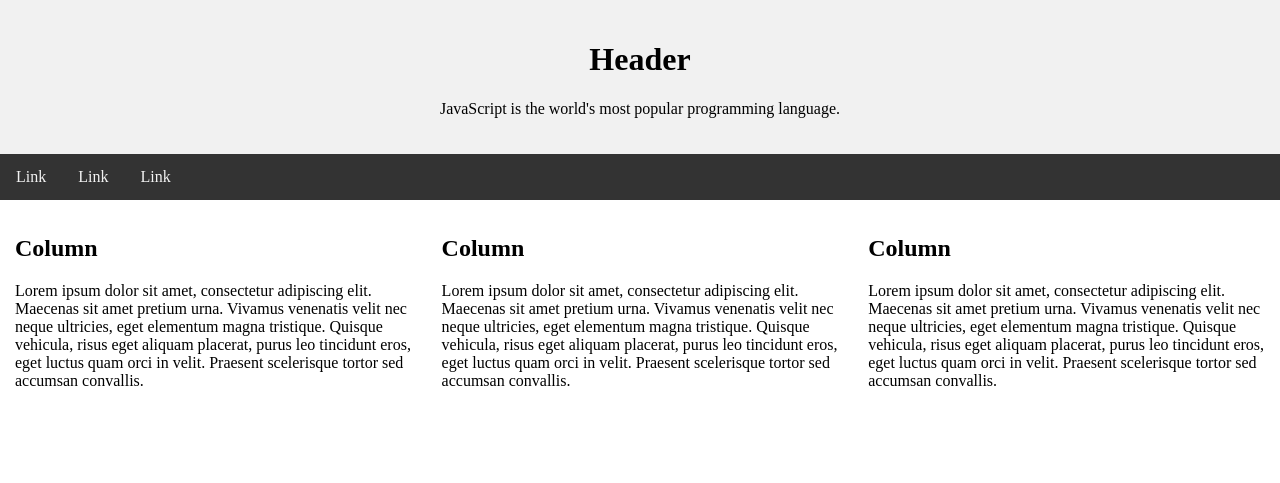
Repository: skybluelion/KB
Page: KB/work05_front/front04_javascript/src/main/webapp/event/js08_website_layout.html
These files come from the project's save history. The page is drawn as it stood at one moment and after the next save; the edit follows.
The browser window is 1280 px wide. The pictures show the whole page.

Above is the page before, as saved 2023-04-12 00:39:19.

After the next save:
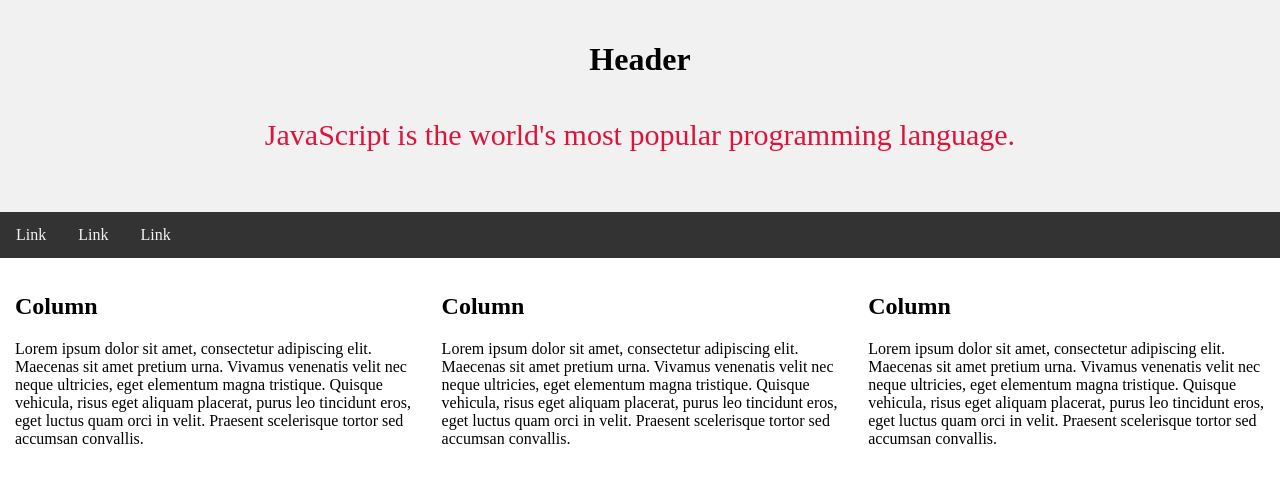
Saved 76 s later.
--- a/KB/work05_front/front04_javascript/src/main/webapp/event/js08_website_layout.html
+++ b/KB/work05_front/front04_javascript/src/main/webapp/event/js08_website_layout.html
@@ -56,6 +56,12 @@ body {
   clear: both;
 }
 
+#banner {
+	padding: 10px;
+	font-size: 30px;
+	color: crimson;
+}
+
 /* Responsive layout - makes the three columns stack on top of each other instead of next to each other */
 @media screen and (max-width:600px) {
   .column {
@@ -73,7 +79,6 @@ body {
 		];
 	onload = function() {
 		let bannerEle = document.querySelector('#banner');
-		alert(bannerEle);
 		bannerEle.innerHTML = bannerList[bannerIndex];
 	}
 
